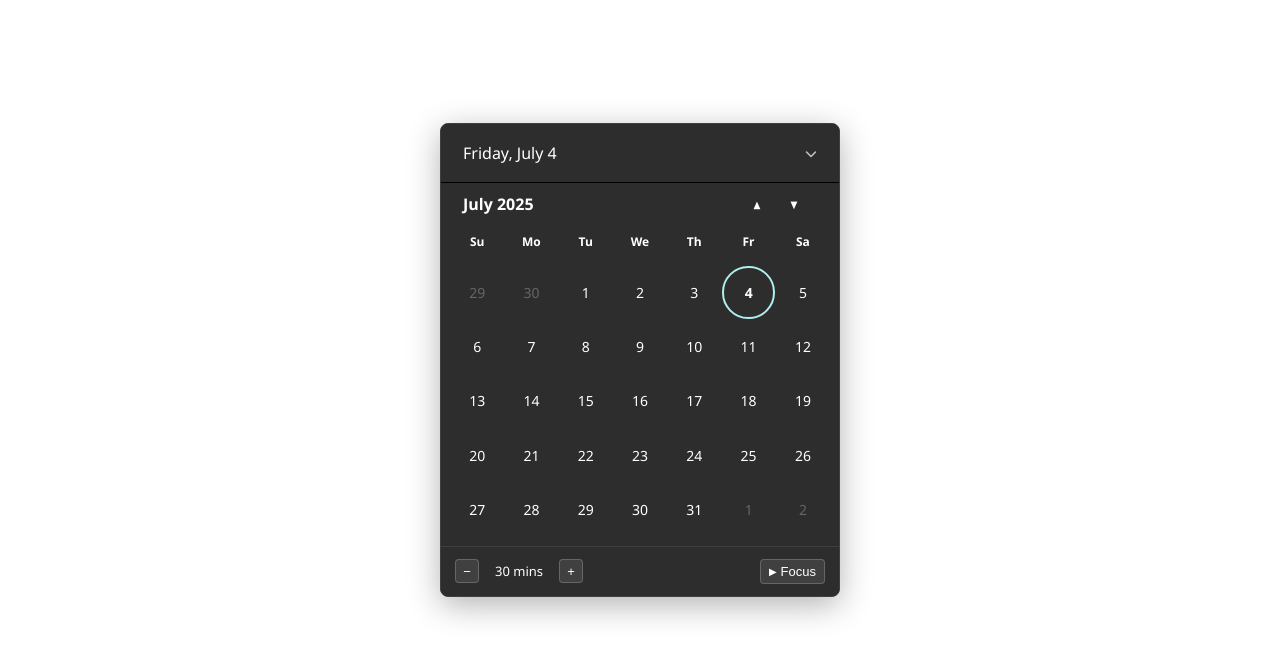
Repository: ThuTrang-jvb/JVB_BT2
Page: index.html
These files come from the project's save history. The page is drawn as it stood at one moment and after the next save; the edit follows.
The browser window is 1280 px wide. The pictures show the whole page.

Above is the page before, as saved 2025-07-07 11:25:56.

### index.html
<!DOCTYPE html>
<html lang="en">
<head>
  <meta charset="UTF-8" />
  <meta name="viewport" content="width=device-width, initial-scale=1.0"/>
  <title>Calendar</title>
  <link rel="stylesheet" href="style.css" />
  <link rel="stylesheet" href="https://cdnjs.cloudflare.com/ajax/libs/font-awesome/6.4.0/css/all.min.css" />
</head>
<body>
  <div class="calendar">
    <div class="top-bar">
      <div class="date-display" id="dateToggle">
        <span id="dateText">Monday, November 7</span>
        <span class="dropdown-icon" id="dropdownIcon">
          <i class="fa-solid fa-chevron-down"></i>
        </span>
      </div>
    </div>

    <div class="navigation-bar">
      <div class="title-block" id="calendarTitle">
        <span id="calendarTitleText">November 2022</span>
        <div class="arrow-controls">
          <span>&#9650;</span>
          <span>&#9660;</span>
        </div>
      </div>
    </div>

    <div class="main-calendar">
      <div class="weekday-header" id="weekdayHeader">
        <div class="weekday">Su</div>
        <div class="weekday">Mo</div>
        <div class="weekday">Tu</div>
        <div class="weekday">We</div>
        <div class="weekday">Th</div>
        <div class="weekday">Fr</div>
        <div class="weekday">Sa</div>
      </div>
      <div class="grid-display month-view" id="gridContainer"></div>
    </div>

    <div class="bottom-panel">
      <div class="control-section">
        <div class="session-control">
          <button class="btn-time" id="minusTime">−</button>
          <span class="time-display" id="durationLabel">30 mins</span>
          <button class="btn-time" id="plusTime">+</button>
        </div>
        <button class="session-btn" id="startBtn">
          <span class="session-icon">▶</span>
          <span>Focus</span>
        </button>
      </div>
    </div>
  </div>
  <script src="main.js"></script>
</body>
</html>

### style.css

* {
    margin: 0;
    padding: 0;
    box-sizing: border-box;
}

body {
    font-family: "Segoe UI", Tahoma, Geneva, Verdana, sans-serif;
    background: #ffffff;
    color: #000000;
    min-height: 100vh;
    display: flex;
    align-items: center;
    justify-content: center;
}

.calendar {
    background: #2d2d2d;
    border-radius: 8px;
    width: 100%;
    max-width: 400px;
    box-shadow: 0 8px 32px rgba(0, 0, 0, 0.3);
    border: 1px solid #404040;
    overflow: hidden;
    display: flex;
    flex-direction: column;
}

.top-bar {
    background: #2d2d2d;
    padding: 18px 22px;
    border-bottom: 1px solid #000;
}

.date-display {
    display: flex;
    align-items: center;
    justify-content: space-between;
    font-size: 16px;
    font-weight: 400;
    color: #ffffff;
    cursor: pointer;
    transition: color 0.2s ease;
}

.date-display:hover {
    color: #60a5fa;
}

.dropdown-icon {
    opacity: 0.7;
    font-size: 12px;
}

.navigation-bar {
    display: flex;
    align-items: center;
    justify-content: space-between;
    font-weight: 500;
    padding: 10px 22px;
    background: #2d2d2d;
}

.title-block {
    display: flex;
    justify-content: space-between;
    align-items: center;
    gap: 220px;
    font-size: 16px;
    font-weight: 600;
    color: #ffffff;
    cursor: pointer;
    transition: color 0.2s ease;
}

.title-block:hover {
    color: #60a5fa;
}

.arrow-controls {
    display: flex;
    gap: 30px;
    font-size: 10px;
    margin-left: auto;
}

.weekday-header {
    display: grid;
    grid-template-columns: repeat(7, 1fr);
    gap: 2px;
    margin-bottom: 8px;
    padding: 0 10px;
}

.weekday {
    text-align: center;
    font-size: 12px;
    font-weight: 600;
    color: white;
    padding: 8px 4px;
}

.grid-display {
    display: grid;
    gap: 2px;
    padding: 0 10px 10px;
}

.month-view {
    grid-template-columns: repeat(7, 1fr);
}

.year-view {
    grid-template-columns: repeat(4, 1fr);
    gap: 8px;
}

.decade-view {
    grid-template-columns: repeat(4, 1fr);
    gap: 8px;
}

.grid-cell,
.year-cell,
.decade-cell {
    aspect-ratio: 1;
    display: flex;
    align-items: center;
    justify-content: center;
    cursor: pointer;
    border-radius: 4px;
    font-size: 14px;
    font-weight: 400;
    transition: all 0.2s ease;
    color: #ffffff;
    min-height: 32px;
}

.grid-cell:hover,
.year-cell:hover,
.decade-cell:hover {
    background: #404040;
    border-radius: 50%;
}

.grid-cell.dimmed,
.decade-cell.dimmed {
    color: #666666;
}

.grid-cell.today,
.year-cell.current,
.decade-cell.current {
    background: #0078d4;
    color: white;
    font-weight: 600;
    border-radius: 50%;
}

.grid-cell.selected,
.year-cell.selected,
.decade-cell.selected {
    background: none;
    border: 2px solid paleturquoise;
    color: white;
    font-weight: 600;
    border-radius: 50%;
}

.bottom-panel {
    padding: 12px 14px;
    border-top: 1px solid #404040;
    background: #2d2d2d;
}

.control-section {
    display: flex;
    justify-content: space-between;
    align-items: center;
}

.session-control {
    display: flex;
    align-items: center;
    gap: 6px;
}

.btn-time {
    background: #404040;
    color: white;
    cursor: pointer;
    font-size: 13px;
    width: 24px;
    height: 24px;
    display: flex;
    align-items: center;
    justify-content: center;
    border: 1px solid rgba(255, 255, 255, 0.2);
    transition: all 0.2s ease;
    border-radius: 4px;
}

.btn-time:hover {
    color: #60a5fa;
}

.time-display {
    font-size: 13px;
    color: white;
    min-width: 60px;
    padding: 0 10px;
    text-align: center;
}

.session-btn {
    background: #404040;
    border: 1px solid rgba(255, 255, 255, 0.2);
    padding: 4px 8px;
    color: white;
    font-size: 13px;
    cursor: pointer;
    display: flex;
    align-items: center;
    gap: 4px;
    transition: color 0.2s ease;
    border-radius: 4px;
}

.session-btn:hover {
    color: #60a5fa;
    background: #404040;
}

.session-icon {
    font-size: 10px;
}

.hidden {
    display: none;
}
.main-calendar {
    overflow: hidden;
    transition: max-height 0.4s ease;
}
.main-calendar.collapsed {
  max-height: 0;
}

@media (max-width: 480px) {
    .calendar {
        width: 90%;
        margin: 10px;
    }
}

### main.js
class Calendar {
    constructor() {
        this.currentDate = new Date();
        this.selectedDate = new Date();
        this.currentMonth = new Date();
        this.viewMode = 'month';
        this.timeMinutes = 30;
        this.focusInterval = null;
        this.remainingSeconds = 0;

        this.months = [
            'January', 'February', 'March', 'April', 'May', 'June',
            'July', 'August', 'September', 'October', 'November', 'December'
        ];

        this.monthsShort = [
            'Jan', 'Feb', 'Mar', 'Apr', 'May', 'Jun',
            'Jul', 'Aug', 'Sep', 'Oct', 'Nov', 'Dec'
        ];

        this.init();
    }

    init() {
        this.bindEvents();
        this.updateDisplay();
        this.startRealTimeUpdate();
    }

    bindEvents() {
        document.getElementById('dateText').addEventListener('click', () => this.handleHeaderClick())
        document.querySelector('.dropdown-icon').addEventListener('click', () => this.isCollapsed());
        document.getElementById('calendarTitle').addEventListener('click', () => this.handleNavTitleClick());
        const arrows = document.querySelectorAll('.arrow-controls span');
        if (arrows.length >= 2) {
            arrows[0].addEventListener('click', () => this.navigate(-1));
            arrows[1].addEventListener('click', () => this.navigate(1));
        }

        document.getElementById('minusTime').addEventListener('click', () => this.adjustTime(-5));
        document.getElementById('plusTime').addEventListener('click', () => this.adjustTime(15));
        document.getElementById('startBtn').addEventListener('click', () => this.toggleFocus());
    }

    adjustTime(minutes) {
        this.timeMinutes += minutes;
        if (this.timeMinutes < 5) this.timeMinutes = 5;
        if (this.timeMinutes > 480) this.timeMinutes = 480;
        this.updateTimeDisplay();
    }

    updateTimeDisplay() {
        const timeLabel = document.getElementById('durationLabel');
        if (this.timeMinutes >= 60) {
            const hours = Math.floor(this.timeMinutes / 60);
            const mins = this.timeMinutes % 60;
            if (mins === 0) {
                timeLabel.textContent = `${hours} hr${hours > 1 ? 's' : ''}`;
            } else {
                timeLabel.textContent = `${hours}h ${mins}m`;
            }
        } else {
            timeLabel.textContent = `${this.timeMinutes} mins`;
        }
    }

    toggleFocus() {
        const focusBtn = document.getElementById('startBtn');
        const icon = focusBtn.querySelector('.session-icon');
        const text = focusBtn.querySelector('span:last-child');

        if (text.textContent === 'Focus') {
            text.textContent = 'Stop';
            icon.textContent = '⏸';
            focusBtn.style.color = '#60a5fa';
            this.remainingSeconds = this.timeMinutes * 60;

            this.focusInterval = setInterval(() => {
                this.remainingSeconds--;
                this.updateCountdownDisplay();

                if (this.remainingSeconds <= 0) {
                    clearInterval(this.focusInterval);
                    this.focusInterval = null;
                    alert("Time's up!");
                    this.resetFocusButton();
                }
            }, 1000);

        } else {
            clearInterval(this.focusInterval);
            this.focusInterval = null;
            this.resetFocusButton();
            this.updateTimeDisplay();
        }
    }

    updateCountdownDisplay() {
        const timeLabel = document.getElementById('durationLabel');
        const minutes = Math.floor(this.remainingSeconds / 60);
        const seconds = this.remainingSeconds % 60;
        timeLabel.textContent = `${minutes}m ${seconds}s`;
    }

    resetFocusButton() {
        const focusBtn = document.getElementById('startBtn');
        const icon = focusBtn.querySelector('.session-icon');
        const text = focusBtn.querySelector('span:last-child');

        text.textContent = 'Focus';
        icon.textContent = '\u25B6';
        focusBtn.style.color = '#888888';
    }

    startRealTimeUpdate() {
        setInterval(() => {
            this.currentDate = new Date();
            this.updateHeaderDate();
        }, 1000);
    }

    handleHeaderClick() {
            this.viewMode = 'month';
            this.currentMonth = new Date(this.currentDate);
            this.selectedDate = new Date(this.currentDate);
            this.updateDisplay();

    }

    handleNavTitleClick() {
        switch (this.viewMode) {
            case 'month':
                this.viewMode = 'year';
                break;
            case 'year':
                this.viewMode = 'decade';
                break;
        }
        this.updateDisplay();
    }

    navigate(direction) {
        switch (this.viewMode) {
            case 'month':
                this.currentMonth.setMonth(this.currentMonth.getMonth() + direction);
                break;
            case 'year':
                this.currentMonth.setFullYear(this.currentMonth.getFullYear() + direction);
                break;
            case 'decade':
                this.currentMonth.setFullYear(this.currentMonth.getFullYear() + direction * 10);
                break;
        }
        this.updateDisplay();
    }

    updateDisplay() {
        this.updateHeaderDate();
        this.updateNavTitle();
        this.updateCalendarGrid();
        this.updateWeekdayHeader();
        this.updateTimeDisplay();
    }

    updateHeaderDate() {
        const options = { weekday: 'long', month: 'long', day: 'numeric' };
        const dateText = this.currentDate.toLocaleDateString('en-US', options);

        document.getElementById('dateText').textContent = dateText;
    }

    updateNavTitle() {
        let titleText = '';
        switch (this.viewMode) {
            case 'month':
                titleText = `${this.months[this.currentMonth.getMonth()]} ${this.currentMonth.getFullYear()}`;
                break;
            case 'year':
                titleText = this.currentMonth.getFullYear().toString();
                break;
            case 'decade':
                const startYear = Math.floor(this.currentMonth.getFullYear() / 10) * 10;
                titleText = `${startYear} - ${startYear + 9}`;
                break;
        }
        document.getElementById('calendarTitleText').textContent = titleText;
    }

    updateWeekdayHeader() {
        const header = document.getElementById('weekdayHeader');
        const grid = document.getElementById('gridContainer');

        if (this.viewMode === 'month') {
            header.classList.remove('hidden');
            grid.className = 'grid-display month-view';
        } else {
            header.classList.add('hidden');
            grid.className = `grid-display ${this.viewMode}-view`;
        }
    }

    updateCalendarGrid() {
        const grid = document.getElementById('gridContainer');
        grid.innerHTML = '';

        switch (this.viewMode) {
            case 'month':
                this.renderMonthView(grid);
                break;
            case 'year':
                this.renderYearView(grid);
                break;
            case 'decade':
                this.renderDecadeView(grid);
                break;
        }
    }

    renderMonthView(grid) {
        const daysInMonth = new Date(this.currentMonth.getFullYear(), this.currentMonth.getMonth() + 1, 0).getDate();
        const firstDay = new Date(this.currentMonth.getFullYear(), this.currentMonth.getMonth(), 1).getDay();
        const prevMonth = new Date(this.currentMonth.getFullYear(), this.currentMonth.getMonth(), 0);
        const prevMonthDays = prevMonth.getDate();

        for (let i = firstDay - 1; i >= 0; i--) {
            const day = document.createElement('div');
            day.className = 'grid-cell dimmed';
            day.textContent = prevMonthDays - i;
            grid.appendChild(day);
        }

        for (let day = 1; day <= daysInMonth; day++) {
            const date = new Date(this.currentMonth.getFullYear(), this.currentMonth.getMonth(), day);
            const dayElement = document.createElement('div');
            dayElement.className = 'grid-cell';
            dayElement.textContent = day;

            if (this.isSameDay(date, this.currentDate)) dayElement.classList.add('today');
            if (this.isSameDay(date, this.selectedDate)) dayElement.classList.add('selected');

            dayElement.addEventListener('click', () => {
                this.selectedDate = new Date(date);
                this.updateDisplay();
            });

            grid.appendChild(dayElement);
        }

        const totalCells = Math.ceil((firstDay + daysInMonth) / 7) * 7;
        const remainingCells = totalCells - (firstDay + daysInMonth);

        for (let day = 1; day <= remainingCells; day++) {
            const dayElement = document.createElement('div');
            dayElement.className = 'grid-cell dimmed';
            dayElement.textContent = day;
            grid.appendChild(dayElement);
        }
    }

    renderYearView(grid) {
        for (let month = 0; month < 12; month++) {
            const monthElement = document.createElement('div');
            monthElement.className = 'year-cell';
            monthElement.textContent = this.monthsShort[month];

            const date = new Date(this.currentMonth.getFullYear(), month, 1);

            if (month === this.currentDate.getMonth() && this.currentMonth.getFullYear() === this.currentDate.getFullYear()) {
                monthElement.classList.add('current');
            }
            if (month === this.currentMonth.getMonth()) {
                monthElement.classList.add('selected');
            }

            monthElement.addEventListener('click', () => {
                this.currentMonth.setMonth(month);
                this.viewMode = 'month';
                this.updateDisplay();
            });

            grid.appendChild(monthElement);
        }
    }

    renderDecadeView(grid) {
        const currentYear = this.currentMonth.getFullYear();
        const startYear = Math.floor(currentYear / 10) * 10 - 2;

        for (let i = 0; i < 16; i++) {
            const year = startYear + i;
            const yearElement = document.createElement('div');
            yearElement.className = 'decade-cell';
            yearElement.textContent = year;

            if (year === this.currentDate.getFullYear()) yearElement.classList.add('current');
            if (year === this.currentMonth.getFullYear()) yearElement.classList.add('selected');
            if (i < 2 || i > 13) yearElement.classList.add('dimmed');

            yearElement.addEventListener('click', () => {
                this.currentMonth.setFullYear(year);
                this.viewMode = 'year';
                this.updateDisplay();
            });

            grid.appendChild(yearElement);
        }
    }

    isSameDay(date1, date2) {
        return date1.getDate() === date2.getDate() &&
               date1.getMonth() === date2.getMonth() &&
               date1.getFullYear() === date2.getFullYear();
    }
    isCollapsed() {
        const calendar = document.querySelector('.calendar');
        const mainCalendar = document.querySelector('.main-calendar');
        const navigationBar = document.querySelector('.navigation-bar');
        const dropdownIcon = document.getElementById('dropdownIcon');

        calendar.classList.toggle('collapsed');

        if (calendar.classList.contains('collapsed')) {
            mainCalendar.style.display = 'none';
            navigationBar.style.display = 'none';

            // Đổi icon mũi tên thành hướng lên
            if (dropdownIcon.tagName === 'I') {
                dropdownIcon.classList.remove('fa-chevron-down');
                dropdownIcon.classList.add('fa-chevron-up');
            } else {
                dropdownIcon.textContent = '▲';
            }
        } else {
            mainCalendar.style.display = '';
            navigationBar.style.display = '';

            // Đổi icon mũi tên thành hướng xuống
            if (dropdownIcon.tagName === 'I') {
                dropdownIcon.classList.remove('fa-chevron-up');
                dropdownIcon.classList.add('fa-chevron-down');
            } else {
                dropdownIcon.textContent = '▼';
            }
        }
    }

}

document.addEventListener('DOMContentLoaded', () => {
    new Calendar();
});

After the next save:
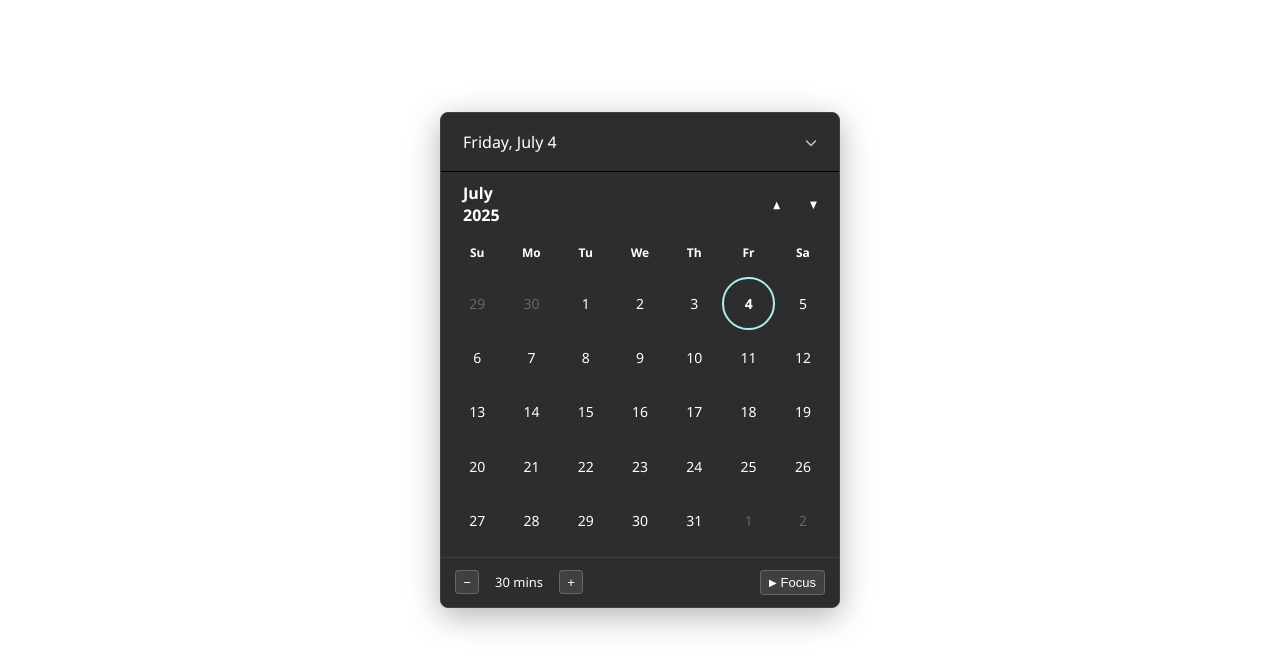
Saved 5 s later.
--- a/style.css
+++ b/style.css
@@ -66,7 +66,7 @@ body {
     display: flex;
     justify-content: space-between;
     align-items: center;
-    gap: 220px;
+    gap: 250px;
     font-size: 16px;
     font-weight: 600;
     color: #ffffff;
